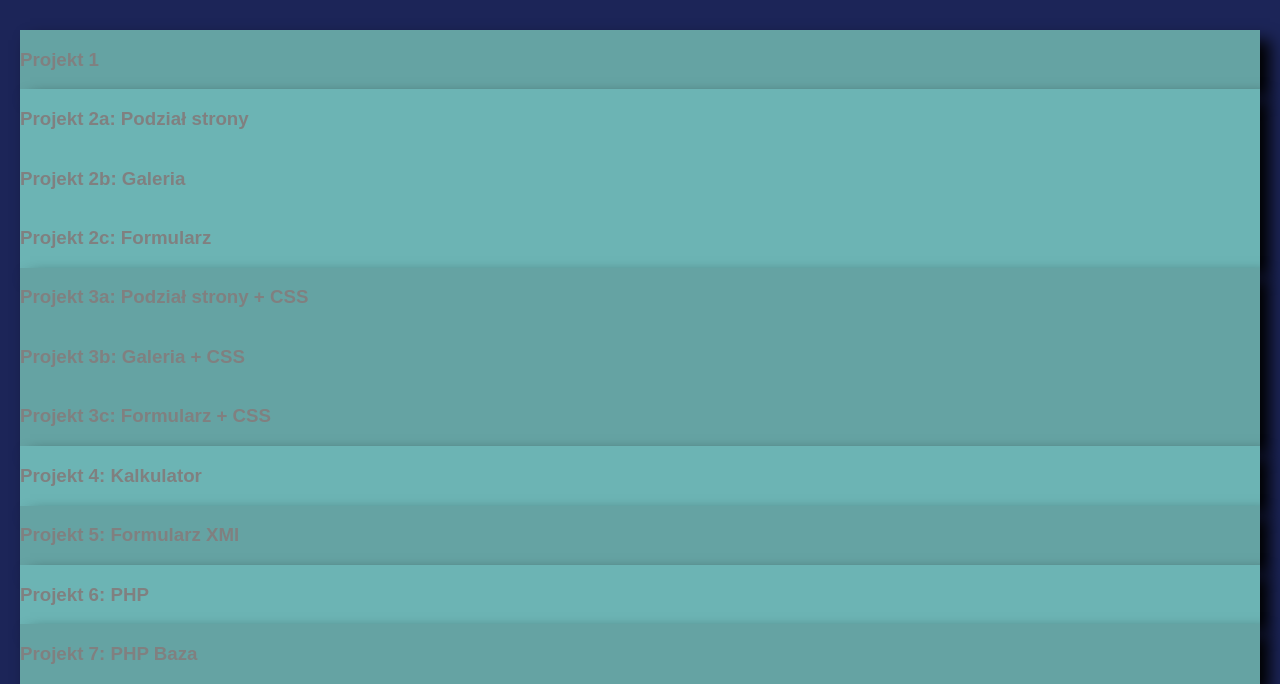
Repository: xdawix902/dawidfilipek1.github.io
Page: index.html
An editor plug-in stored every save of this project. The page is shown before and after the next save, followed by the edit.
The browser window is 1280 px wide. The pictures show the part of the page from y = 87 to 771 px (the page is 771 px tall).

Above is the page before, as saved 2025-11-28 22:13:06.

After the next save:
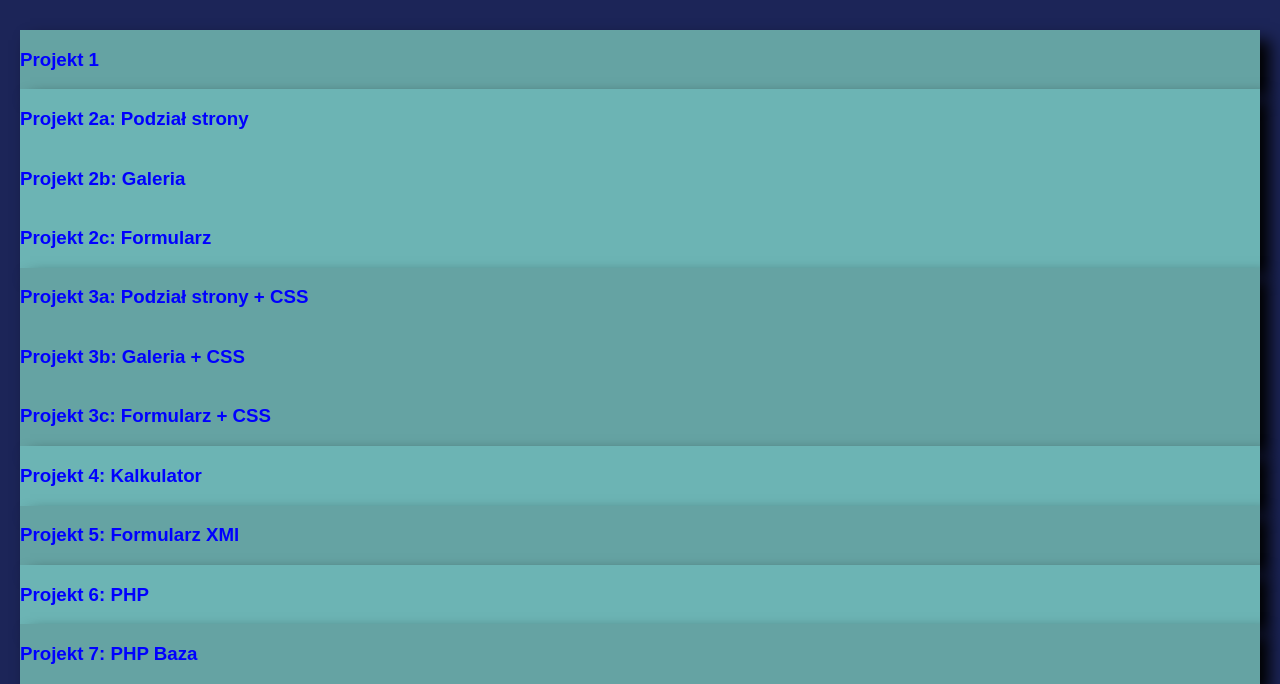
Saved 4 s later.
--- a/css/index_style.css
+++ b/css/index_style.css
@@ -27,7 +27,7 @@ body{
 
 .naglowki{
     display:inline-block;
-    color: gray;
+    color: blue;
 }
 
 .naglowki:hover{
